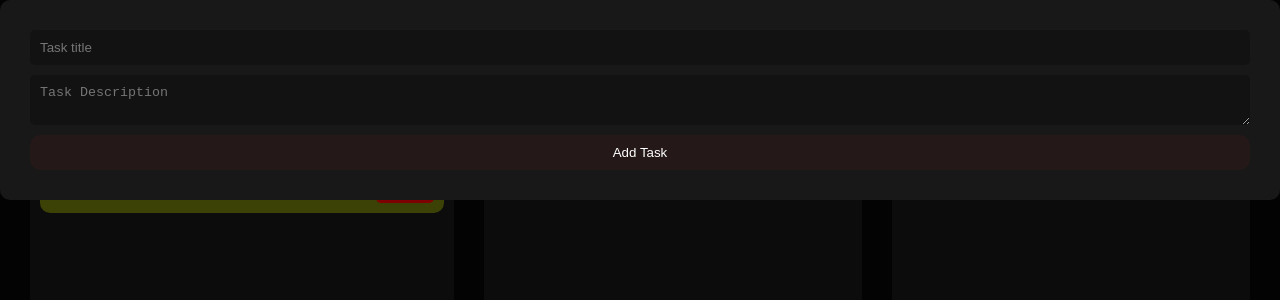
Repository: Sandeepji-5/Kanban-board
Page: index.html
These files come from the project's save history. The page is drawn as it stood at one moment and after the next save; the edit follows.
The browser window is 1280 px wide. The pictures show the whole page.

Above is the page before, as saved 2025-12-09 15:23:02.

After the next save:
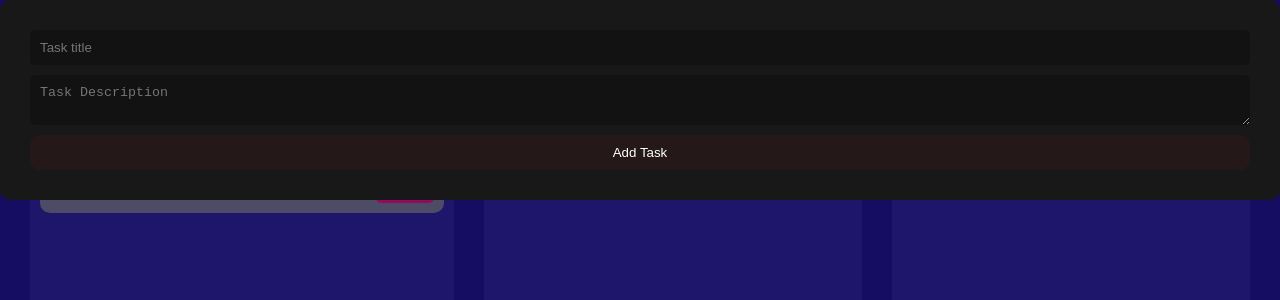
Saved 33 s later.
--- a/style.css
+++ b/style.css
@@ -157,7 +157,7 @@ section .task-column .task button{
     left: 0;
     height: 100%;
     width: 100%;
-    background-color: rgba(0,0,0,0.5);
+    background-color: rgba(35, 20, 190, 0.5);
 }
 
 .modal .center{
